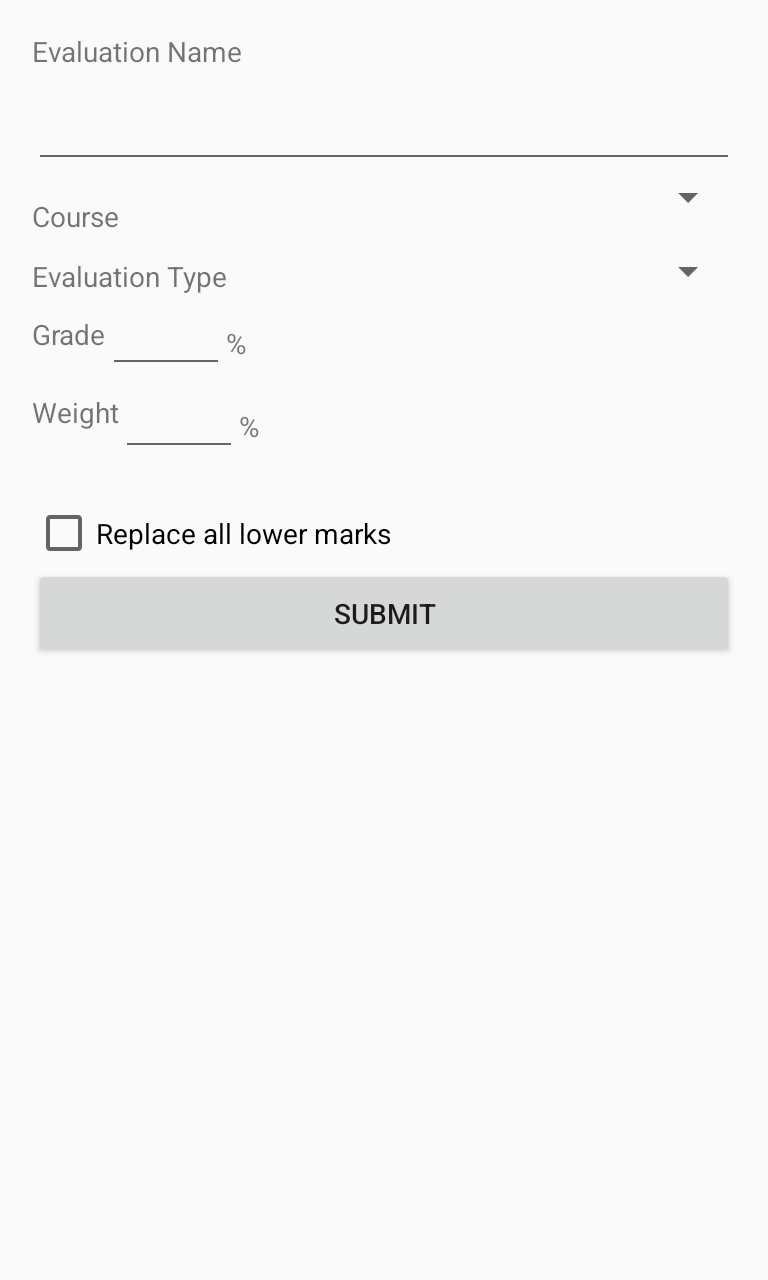
Repository: Tenergy05/GradePlanner
Layout: GradePlanner/res/layout/activity_add_mark.xml
The author's editor kept a copy of each file at every save. The layout is drawn from the files as they stood at one save, then again after the next save.
It is drawn on a 768 x 1280 px phone screen (xhdpi) without system bars, with theme AppTheme; the app's code is not run.

Above is the layout before, as saved 2014-12-30 22:06:16.

After the next save:
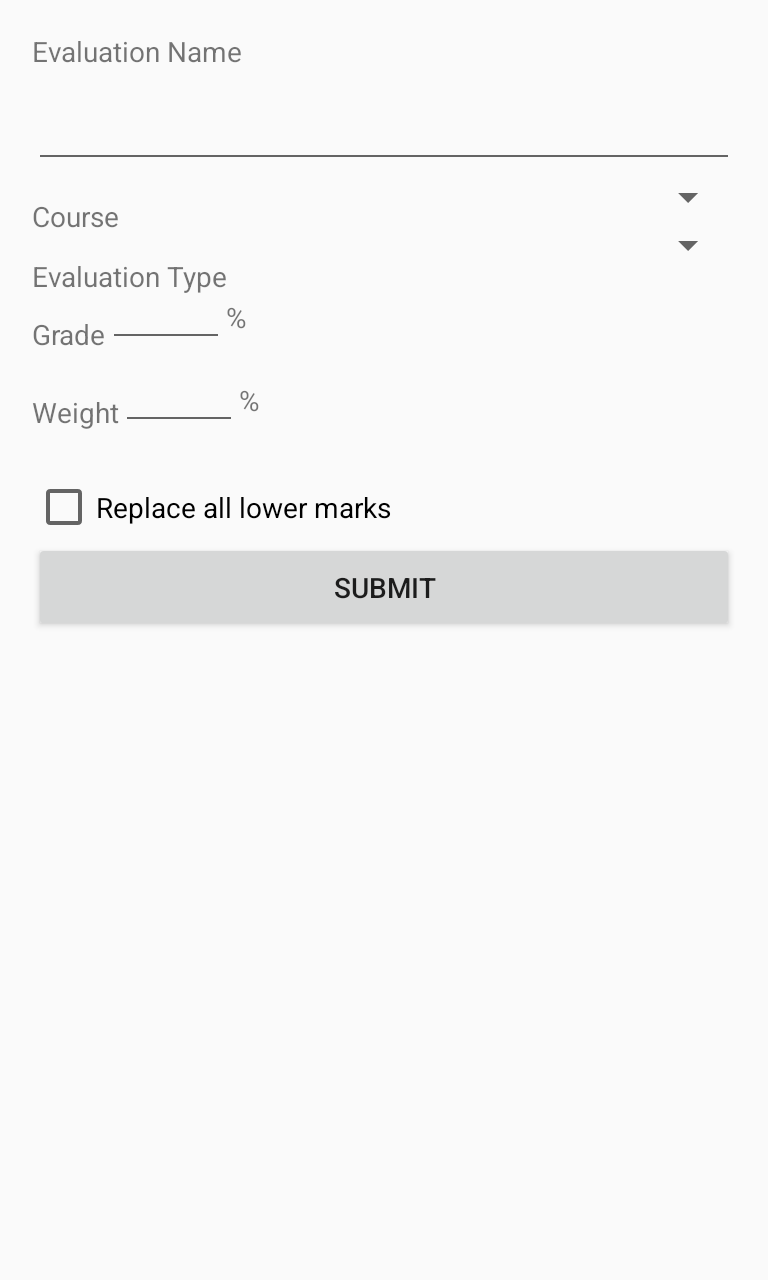
Saved 46 s later.
--- a/GradePlanner/res/layout/activity_add_mark.xml
+++ b/GradePlanner/res/layout/activity_add_mark.xml
@@ -57,8 +57,7 @@
         android:layout_height="wrap_content"
         android:layout_alignParentRight="true"
         android:layout_toRightOf="@+id/textView3"
-        android:layout_alignBottom="@+id/textView3"
-        android:layout_marginTop="20dp"/>
+        android:layout_below="@+id/spinner1"/>
 
     <TextView
         android:id="@+id/textView4"

After the save that followed:
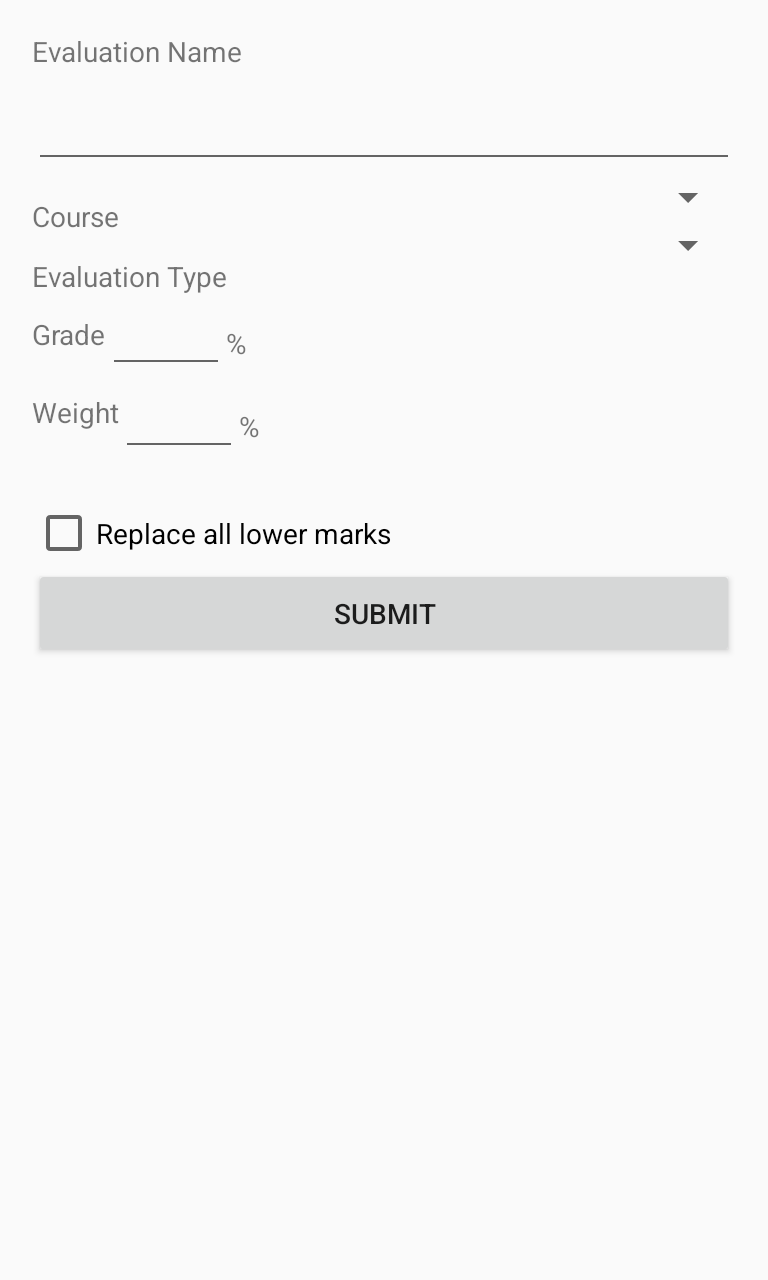
Saved 81 s later.
--- a/GradePlanner/res/layout/activity_add_mark.xml
+++ b/GradePlanner/res/layout/activity_add_mark.xml
@@ -74,7 +74,7 @@
         android:layout_width="wrap_content"
         android:layout_height="wrap_content"
         android:layout_toRightOf="@+id/textView4"
-        android:layout_below="@+id/spinner2"
+        android:layout_below="@+id/textView3"
         android:ems="10"
         android:maxLength="3"
         android:inputType="number" />
